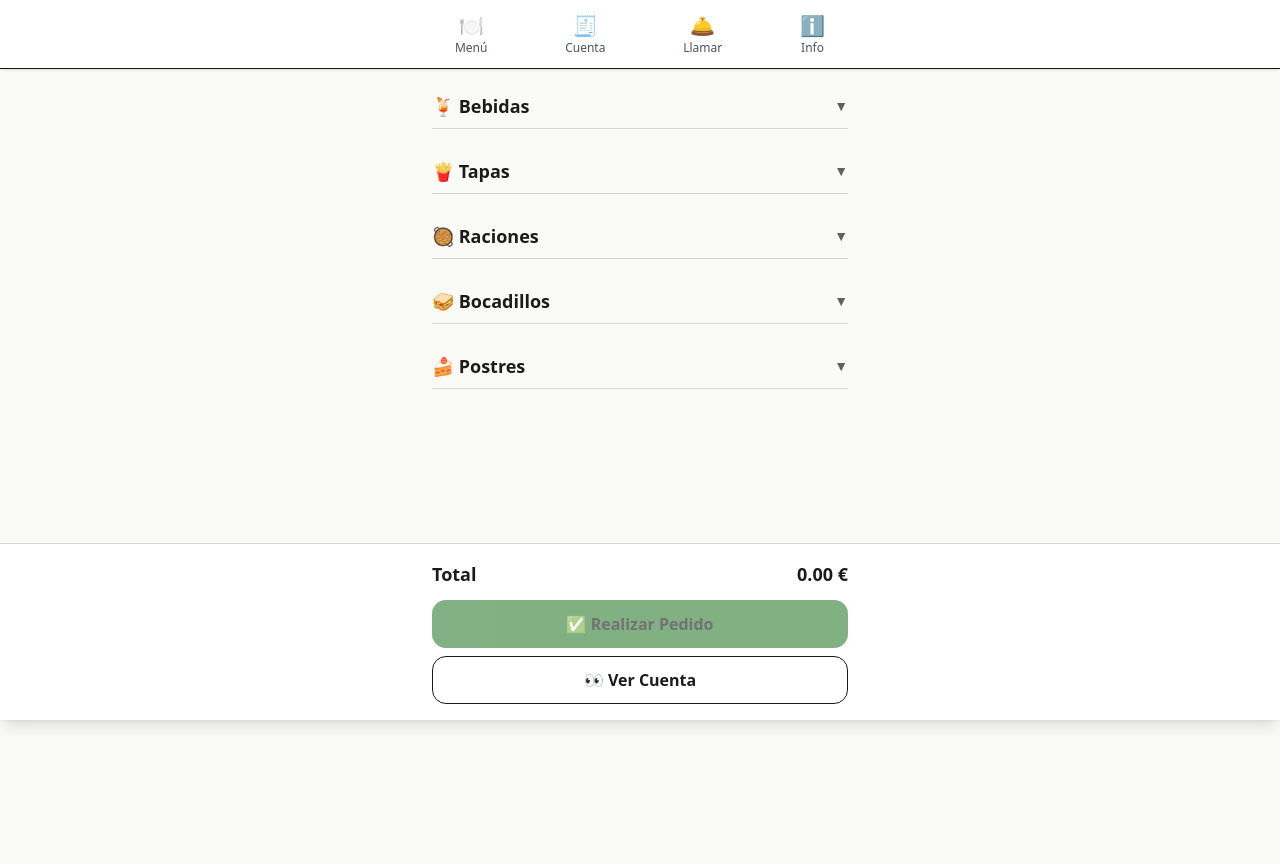
Repository: jrcardenas/sirvaapp
Page: /menu
The author's editor kept a copy of each file at every save. The page is drawn from the files as they stood at one save, then again after the next save.
The browser window is 1280 px wide. The pictures show the whole page.
The project was rebuilt for these pictures with package versions that can differ from the ones it lists, and the page was loaded fresh each time. The framework's server and built-in components were replaced by stand-ins that run in the browser. Also part of the build but not shown: next.config.ts.

Above is the page before, as saved 2025-11-02 21:56:53.

After the next save:
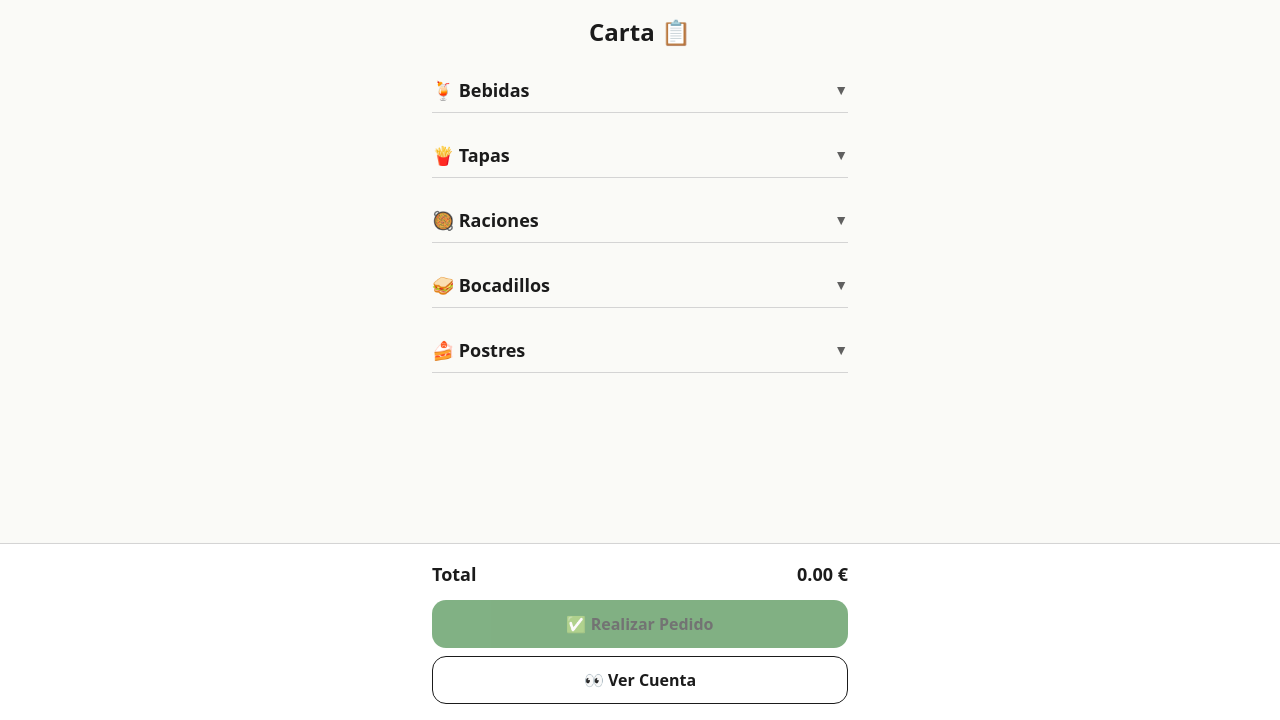
Saved 3 min 18 s later.
--- a/app/layout.tsx
+++ b/app/layout.tsx
@@ -1,7 +1,10 @@
+"use client";
+
 import type { Metadata } from "next";
 import "./globals.css";
 import "./styles/theme.css";
 import Header from "@/components/layout/Header";
+import { usePathname } from "next/navigation";
 
 export const metadata: Metadata = {
   title: "SirvaApp",
@@ -9,14 +12,18 @@ export const metadata: Metadata = {
 };
 
 export default function RootLayout({ children }: { children: React.ReactNode }) {
+  const pathname = usePathname();
+  const insideMesa = pathname.startsWith("/mesa/");
+
   return (
     <html lang="es">
       <body className="bg-[var(--color-background)] text-[var(--color-text-dark)]">
-        {/* ✅ Navegación principal arriba */}
-        <Header />
 
-        {/* ✅ Espacio suficiente para footer del pedido */}
-        <main className="pt-4 pb-32 max-w-md mx-auto">
+        {/* ✅ Mostrar Header solo en rutas con mesa */}
+        {insideMesa && <Header />}
+
+        {/* ✅ Mantener espaciado si hay header */}
+        <main className={`${insideMesa ? "pt-16 pb-32" : ""} max-w-md mx-auto`}>
           {children}
         </main>
       </body>
